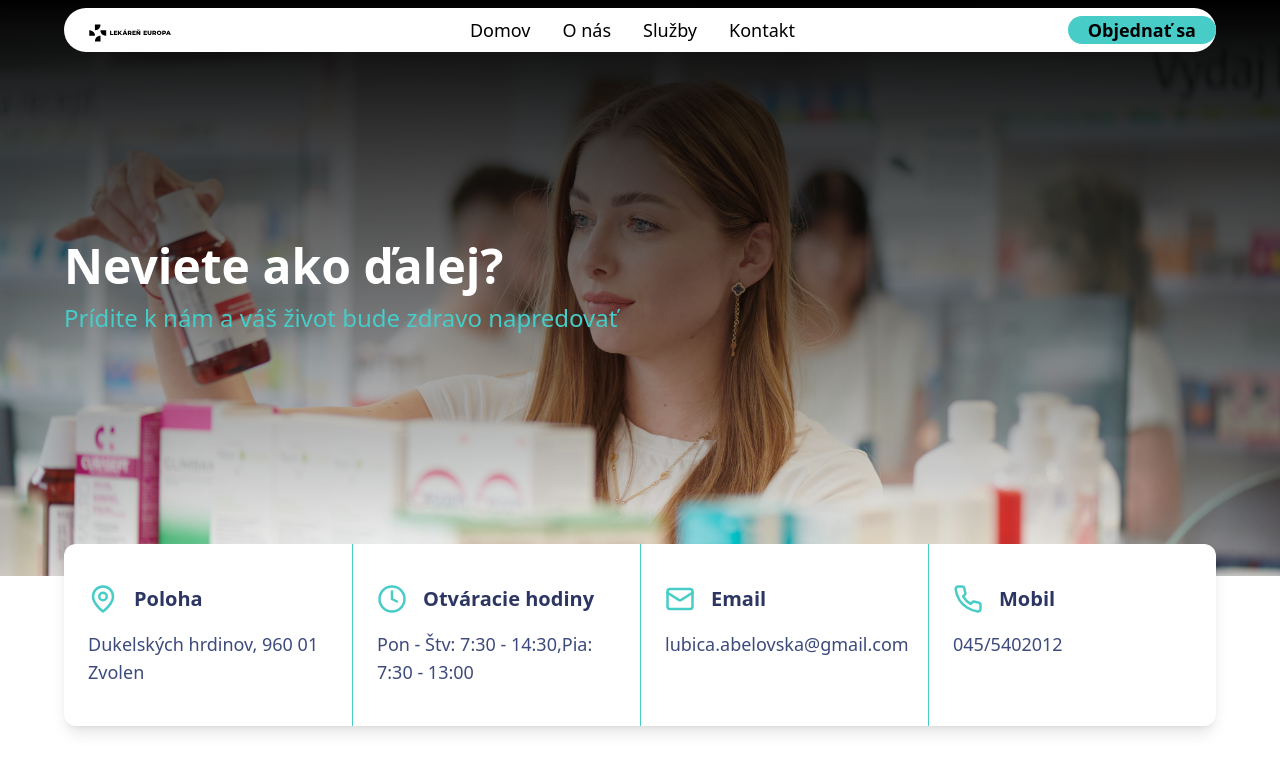
Repository: SimonSkoda13/Lekaren
Page: /
The author's editor kept a copy of each file at every save. The page is drawn from the files as they stood at one save, then again after the next save.
The browser window is 1280 px wide. The pictures show the whole page.
The project was rebuilt for these pictures with package versions that can differ from the ones it lists, and the page was loaded fresh each time. The framework's server and built-in components were replaced by stand-ins that run in the browser. Also part of the build but not shown: next.config.js.

Above is the page before, as saved 2023-04-22 19:23:25.

After the next save:
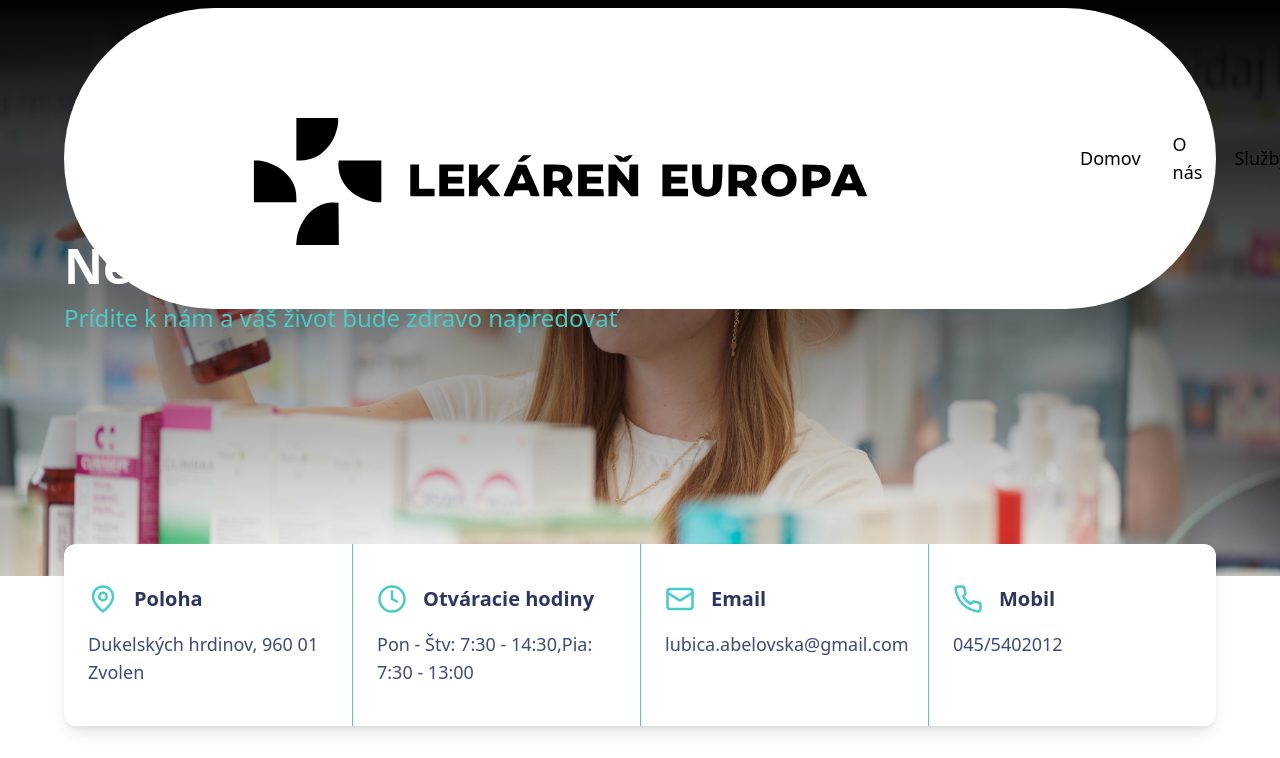
Saved 21 s later.
--- a/src/app/components/Header/Header.tsx
+++ b/src/app/components/Header/Header.tsx
@@ -8,7 +8,7 @@
   return (
     <header className="cntn fixed w-full top-2 z-10">
       <div className="flex bg-white rounded-full items-center">
-        <img src="/headerLogo.svg" className="h-10 w-auto" />
+        <img src="/headerLogo.svg" className="h-17 w-auto" />
         <div className="py-2 px-4 flex gap-8 items-center mx-auto text-lg font-medium">
           <Link href="/">Domov</Link>
           <Link href="/onas">O nás</Link>

After the save that followed:
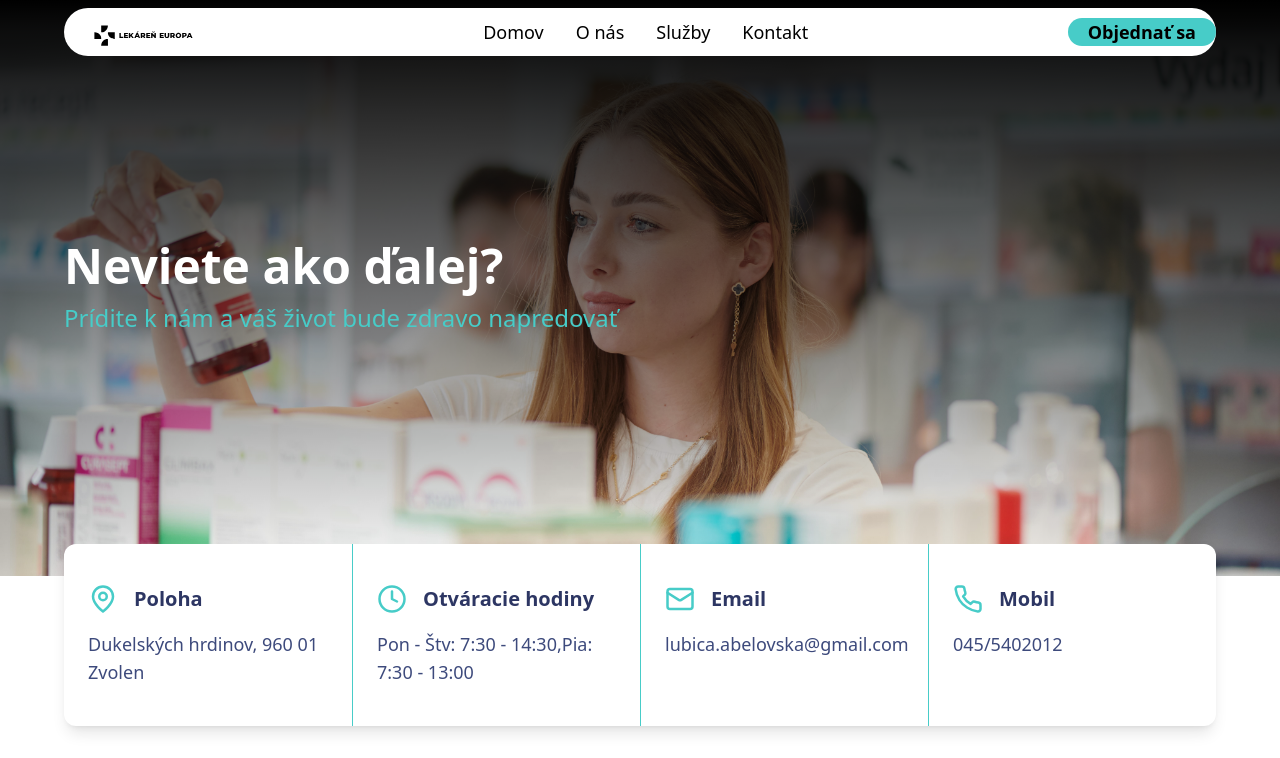
Saved 7 s later.
--- a/src/app/components/Header/Header.tsx
+++ b/src/app/components/Header/Header.tsx
@@ -8,7 +8,7 @@
   return (
     <header className="cntn fixed w-full top-2 z-10">
       <div className="flex bg-white rounded-full items-center">
-        <img src="/headerLogo.svg" className="h-17 w-auto" />
+        <img src="/headerLogo.svg" className="h-12 w-auto" />
         <div className="py-2 px-4 flex gap-8 items-center mx-auto text-lg font-medium">
           <Link href="/">Domov</Link>
           <Link href="/onas">O nás</Link>
